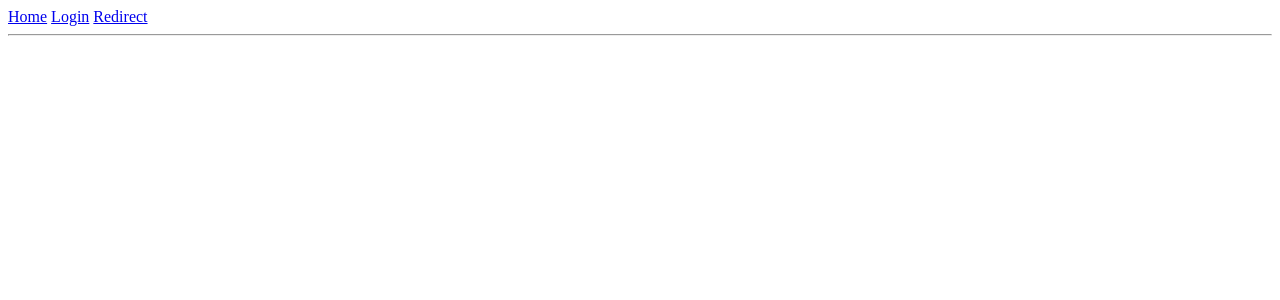
Repository: Gurudutt-S/cts-training
Page: http://localhost/ImplicitObjects/expressions.jsp
These files come from the project's save history. The page is drawn as it stood at one moment and after the next save; the edit follows.
The browser window is 1280 px wide. The pictures show the whole page.
The page is served by Tomcat 9. Other server files are loaded and not shown.

Above is the page before, as saved 2020-02-05 07:18:58.

### Day_30/ImplicitObjects/WebContent/expressions.jsp
<%@ include file="header.jsp"%>

</body>
</html>

### Day_30/ImplicitObjects/WebContent/header.jsp
<%@ page language="java" contentType="text/html; charset=ISO-8859-1"
    pageEncoding="ISO-8859-1"%>
<!DOCTYPE html>
<html>
<head>
<meta charset="ISO-8859-1">
<title>header</title>
</head>
<body>

<a href="index.jsp">Home</a>
<a href="login.jsp">Login</a>
<a href="hello.jsp">Redirect</a>

<hr>

</body>
</html>

After the next save:
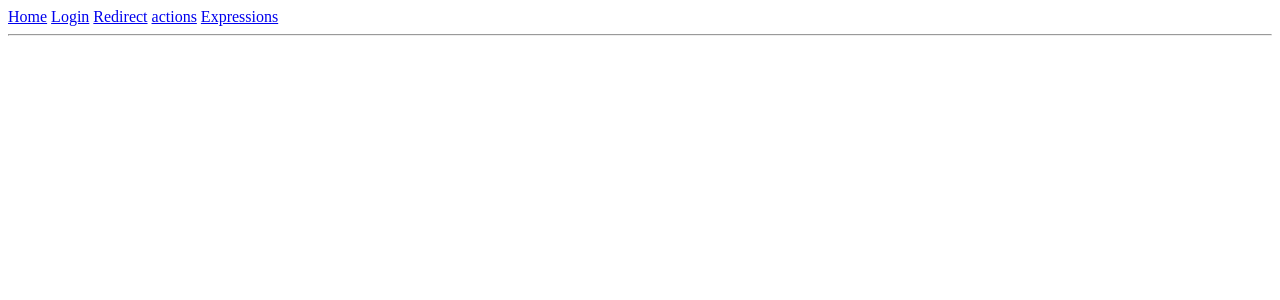
Saved 80 s later.
--- a/Day_30/ImplicitObjects/WebContent/header.jsp
+++ b/Day_30/ImplicitObjects/WebContent/header.jsp
@@ -11,6 +11,8 @@
 <a href="index.jsp">Home</a>
 <a href="login.jsp">Login</a>
 <a href="hello.jsp">Redirect</a>
+<a href="actions.jsp">actions</a>
+<a href="expressoins.jsp">Expressions</a>
 
 <hr>
 
